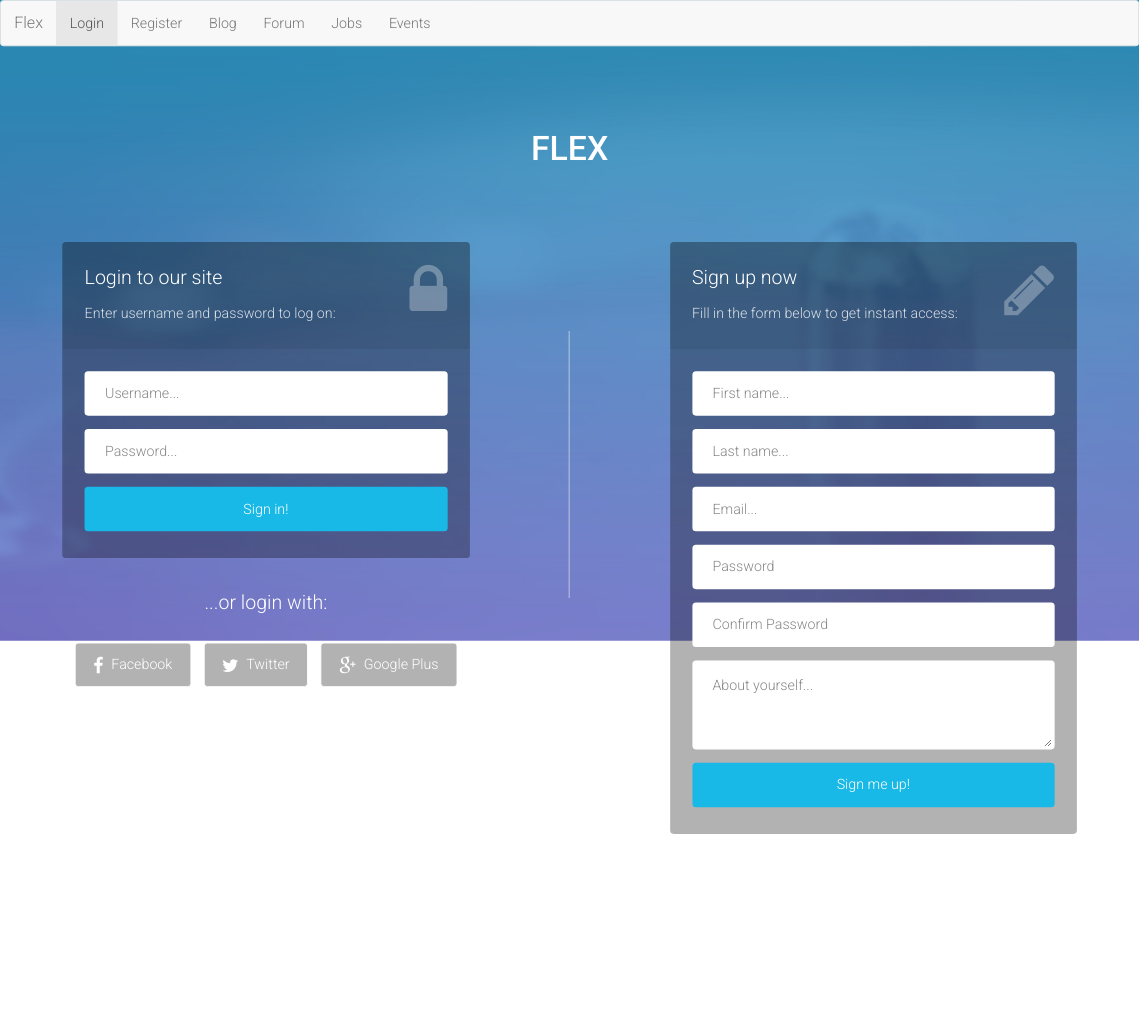
Repository: Angelamritha2012/Flex
Page: Collaboration/WebContent/index.html
These files come from the project's save history. The page is drawn as it stood at one moment and after the next save; the edit follows.
The browser window is 1280 px wide. The pictures show the whole page, at 89% of full size.

Above is the page before, as saved 2017-11-29 09:43:56.

After the next save:
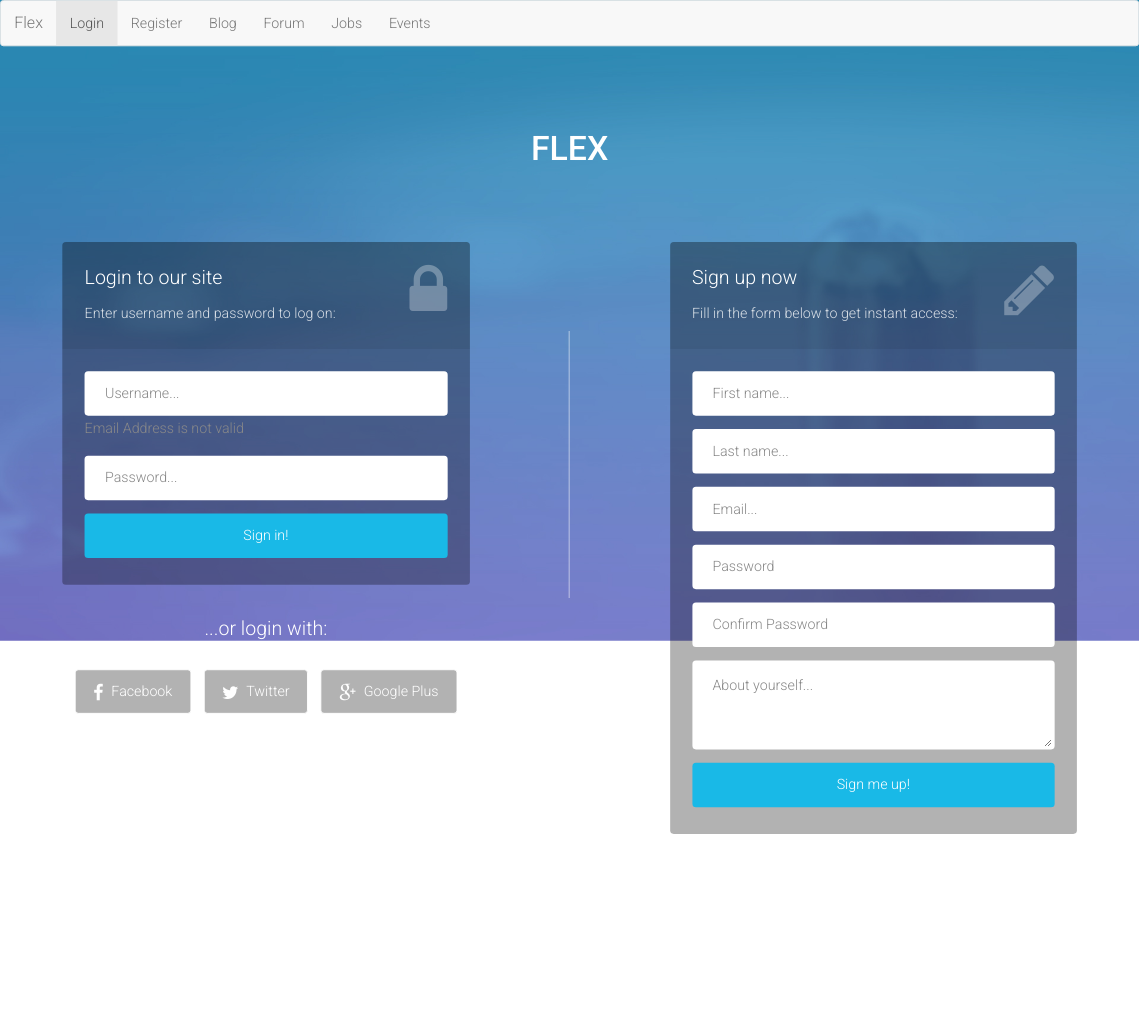
Saved 97 s later.
--- a/Collaboration/WebContent/index.html
+++ b/Collaboration/WebContent/index.html
@@ -81,6 +81,7 @@
 				                    	<div class="form-group">
 				                    		<label class="sr-only" for="form-username">Username</label>
 				                        	<input type="text" name="form-username" placeholder="Username..." class="form-username form-control" id="form-username">
+				                       <span ng-show="frm.email.$dirty && frm.email.$invalid">Email Address is not valid</span>
 
 				                        </div>
 
